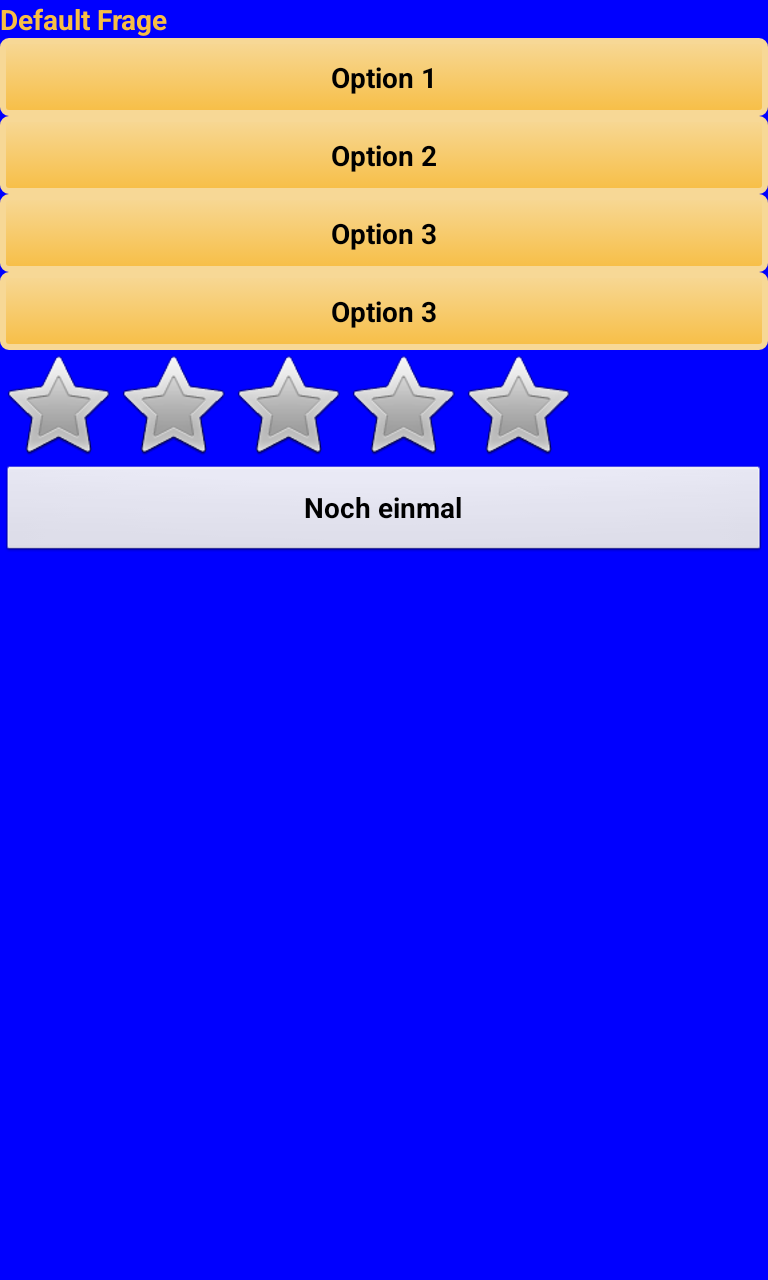
Repository: rueckemann/WWM
Layout: WWM/res/layout/main.xml
These files come from the project's save history. The layout is drawn as it stood at one moment and after the next save; the edit follows.
It is drawn on a 768 x 1280 px phone screen (xhdpi) without system bars, with theme WWM_Style; the app's code is not run.

Above is the layout before, as saved 2012-02-20 20:33:57.

### WWM/res/layout/main.xml
<?xml version="1.0" encoding="utf-8"?>

<LinearLayout xmlns:android="http://schemas.android.com/apk/res/android"
	    android:id="@+id/Layout1"
	    android:layout_width="fill_parent"
	    android:layout_height="fill_parent"
	    android:orientation="vertical" >


    <TextView
        android:id="@+id/tvQuestion"
        android:layout_width="fill_parent"
        android:layout_height="wrap_content"
        android:text="@string/frage" />

		<Button
            android:id="@+id/btOption1"
            android:layout_width="fill_parent"
            android:layout_height="wrap_content"
            android:background="@drawable/button_selector"
            android:text="@string/option1" />
    <Button
        android:id="@+id/btOption2"
        android:layout_width="fill_parent"
        android:layout_height="wrap_content"
        android:background="@drawable/button_selector"
        android:text="@string/option2"  />

    <Button
        android:id="@+id/btOption3"
        android:layout_width="fill_parent"
        android:layout_height="wrap_content"
        android:background="@drawable/button_selector"
        android:text="@string/option3" />


    <Button
        android:id="@+id/btOption4"
        android:layout_width="fill_parent"
        android:layout_height="wrap_content"
        android:background="@drawable/button_selector"
        android:text="@string/option4" />

 <RatingBar
        android:id="@+id/ratingBar1"
        android:layout_width="wrap_content"
        android:layout_height="wrap_content"
        android:stepSize="1"
        android:numStars="5" />

    <Button
        android:id="@+id/btRetry"
        android:layout_width="fill_parent"
        android:layout_height="wrap_content"
        android:text="@string/retry" />

</LinearLayout>

### WWM/res/values/styles.xml
<?xml version="1.0" encoding="utf-8"?>
<resources>

   <style name="WWM_Style" parent="android:Theme.Light">

	    <item name="android:textSize">14sp</item>
	    <item name="android:textColor">#F7BE45</item>
	    <item name="android:textStyle">bold</item>

        <item name="android:windowTitleBackgroundStyle">@color/titlebackgroundcolor</item>
        <item name="android:background">@color/blue</item>
    </style>

   <style name="WWM_TextAppearance" parent="@android:style/TextAppearance">
	  </style>
</resources>

### WWM/res/values/colors.xml
<?xml version="1.0" encoding="utf-8"?>
<resources>
     <color name="black">#000</color>
     <color name="blue">#00f</color>
     <color name="red">#f00</color>
     <color name="grey">#f00</color>
     <color name="yellow1">#F9E60E</color>
	   <color name="yellow2">#F9F89D</color>
	   <color name="orange4">#F7BE45</color>
	   <color name="orange5">#F7D896</color>
	   <color name="blue2">#19FCDA</color>
	   <color name="blue25">#D9F7F2</color>
	   <color name="grey05">#ACA899</color>
	   <color name="white1">#FFFFFF</color>
	   <color name="white2">#DDDDDD</color>

     <color name="titlebackgroundcolor">#3232CD</color>
     <color name="backgroundcolor">#3232CD</color>
     <color name="titletextcolor">#FFFF00</color>

</resources>

### WWM/res/values/strings.xml
<?xml version="1.0" encoding="utf-8"?>
<resources>

    <string name="app_name">Wer wird Millionär?</string>

    <string name="frage">Default Frage</string>
    <string name="stufe">Stufe 1</string>
    <string name="option1">Option 1</string>
    <string name="option2">Option 2</string>
    <string name="option3">Option 3</string>
    <string name="option4">Option 3</string>

    <string name="retry">Noch einmal</string>
</resources>

### WWM/res/drawable-hdpi/button_selector.xml
<?xml version="1.0" encoding="UTF-8"?>

<selector
    xmlns:android="http://schemas.android.com/apk/res/android">

    <item android:state_pressed="true" >
        <shape>
            <gradient
                android:startColor="@color/blue"
                android:endColor="@color/blue"
                android:angle="270" />
            <stroke
                android:width="3dp"
                android:color="@color/grey" />
            <corners
                android:radius="3dp" />
            <padding
                android:left="10dp"
                android:top="10dp"
                android:right="10dp"
                android:bottom="10dp" />
        </shape>
    </item>

    <item android:state_focused="true" >
        <shape>
            <gradient
                android:endColor="@color/orange4"
                android:startColor="@color/orange5"
                android:angle="270" />
            <stroke
                android:width="3dp"
                android:color="@color/grey05" />
            <corners
                android:radius="3dp" />
            <padding
                android:left="10dp"
                android:top="10dp"
                android:right="10dp"
                android:bottom="10dp" />
        </shape>
    </item>

    <item>
        <shape>
            <gradient
                android:endColor="@color/orange4"
                android:startColor="@color/orange5"
                android:angle="270" />
            <stroke
                android:width="3dp"
                android:color="@color/orange5" />
            <corners
                android:radius="3dp" />
            <padding
                android:left="10dp"
                android:top="10dp"
                android:right="10dp"
                android:bottom="10dp" />
        </shape>
    </item>
</selector>

After the next save:
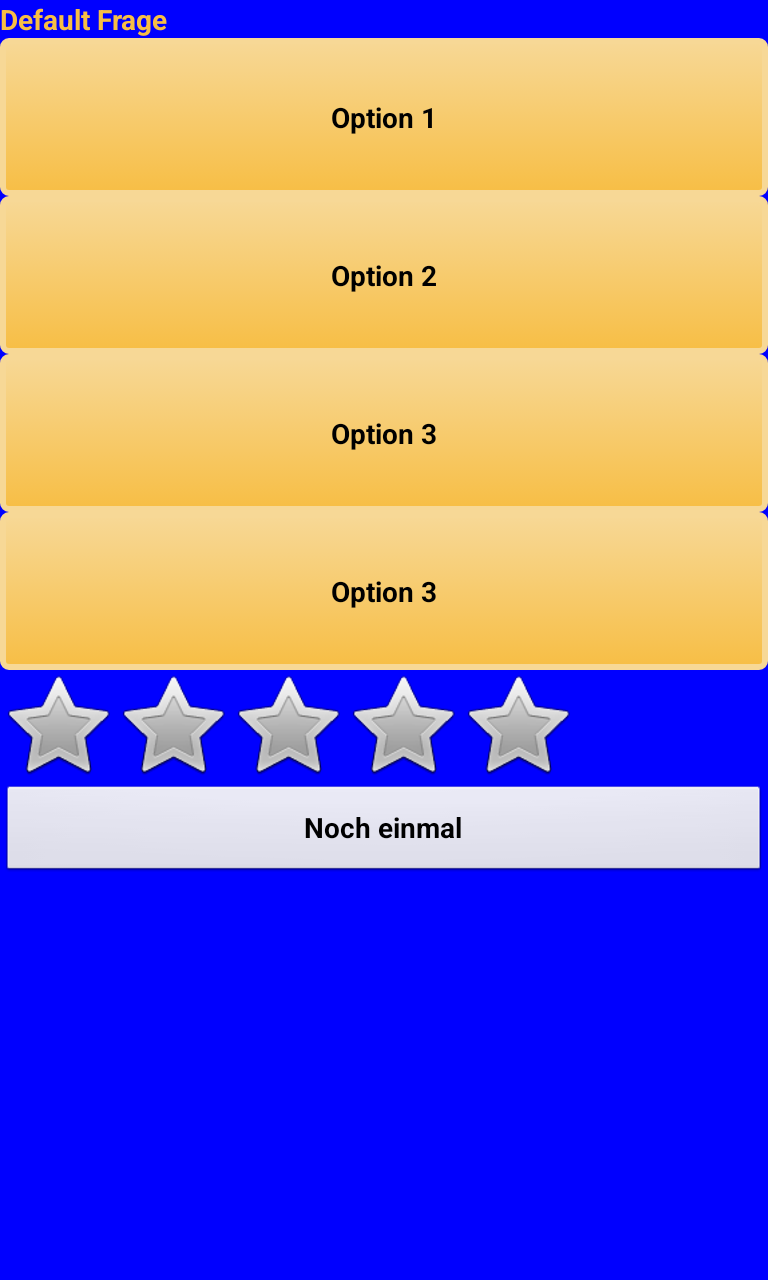
Saved 33 s later.
--- a/WWM/res/drawable-hdpi/button_selector.xml
+++ b/WWM/res/drawable-hdpi/button_selector.xml
@@ -53,10 +53,10 @@
             <corners
                 android:radius="3dp" />
             <padding
-                android:left="10dp"
-                android:top="10dp"
-                android:right="10dp"
-                android:bottom="10dp" />
+                android:left="20dp"
+                android:top="30dp"
+                android:right="20dp"
+                android:bottom="30dp" />
         </shape>
     </item>
 </selector>
